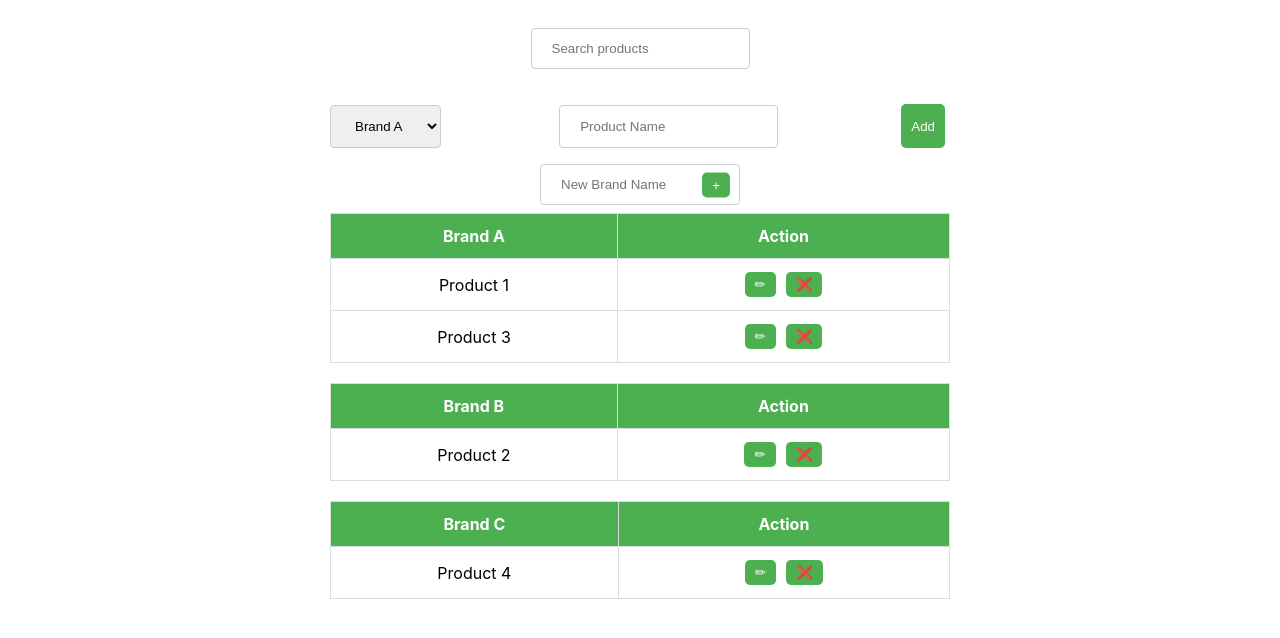
Repository: sunilkc-7/product-manager-app
Page: /
These files come from the project's save history. The page is drawn as it stood at one moment and after the next save; the edit follows.
The browser window is 1280 px wide. The pictures show the whole page.
The project was rebuilt for these pictures with package versions that can differ from the ones it lists, and the page was loaded fresh each time.

Above is the page before, as saved 2023-08-01 13:05:34.

### src/App.js
import React, { useState } from "react";
import "./App.css";
import data from "./data/data.json";

function App() {
  const [products, setProducts] = useState(
    data.map((p) => ({ ...p, isEditing: false }))
  );
  const [productName, setProductName] = useState("");
  const [search, setSearch] = useState("");
  const [newBrandName, setNewBrandName] = useState("");
  const [currentBrand, setCurrentBrand] = useState("");
  const [editedName, setEditedName] = useState("");

  const addProduct = () => {
    setProducts([
      ...products,
      { brand: currentBrand, name: productName, isEditing: false },
    ]);
    setProductName("");
  };

  const deleteProduct = (productToDelete) => {
    setProducts(products.filter((product) => product !== productToDelete));
  };

  const editProduct = (productToEdit) => {
    setProducts(
      products.map((product) =>
        product === productToEdit ? { ...product, isEditing: true } : product
      )
    );
    setEditedName(productToEdit.name);
  };

  const updateProduct = (productToUpdate) => {
    setProducts(
      products.map((product) =>
        product === productToUpdate
          ? { ...product, name: editedName, isEditing: false }
          : product
      )
    );
  };

  const addBrandName = () => {
    setProducts([
      ...products,
      { brand: newBrandName, name: "", isEditing: false },
    ]);
    setNewBrandName("");
  };

  const brandNames = Array.from(new Set(products.map((p) => p.brand)));

  const filteredProducts = products.filter((product) =>
    product.name.toLowerCase().includes(search.toLowerCase())
  );

  return (
    <div className="App">
      <input
        className="inputSearch"
        type="text"
        value={search}
        onChange={(e) => setSearch(e.target.value)}
        placeholder="Search products"
      />
      <br />

      <div className="select-container">
        <select
          style={{ maxHeight: "100px", overflow: "auto" }}
          onChange={(e) => setCurrentBrand(e.target.value)}
        >
          {brandNames.map((brandName, index) => (
            <option key={index} value={brandName}>
              {brandName}
            </option>
          ))}
        </select>
        <input
          type="text"
          placeholder="Product Name"
          value={productName}
          onChange={(e) => setProductName(e.target.value)}
        />
        <button className="buttonContainer" onClick={addProduct}>
          Add
        </button>
      </div>
      <div className="inputContainer">
        <input
          className="inputWithButton"
          type="text"
          placeholder="New Brand Name"
          value={newBrandName}
          onChange={(e) => setNewBrandName(e.target.value)}
        />
        <button className="insideButton" onClick={addBrandName}>
          +
        </button>
      </div>

      {brandNames.map((brandName, index) => (
        <table key={index}>
          <thead>
            <tr>
              <th>{brandName}</th>
              <th>Action</th>
            </tr>
          </thead>
          <tbody>
            {filteredProducts
              .filter((p) => p.brand === brandName)
              .sort((a, b) => a.name.localeCompare(b.name))
              .map((product, i) => (
                <tr key={i}>
                  <td>
                    {product.isEditing ? (
                      <input
                        value={editedName}
                        onChange={(e) => setEditedName(e.target.value)}
                      />
                    ) : (
                      product.name
                    )}
                  </td>
                  <td>
                    {product.isEditing ? (
                      <button onClick={() => updateProduct(product)}>
                        Save
                      </button>
                    ) : (
                      <button onClick={() => editProduct(product)}>✏</button>
                    )}
                    <button onClick={() => deleteProduct(product)}>❌</button>
                  </td>
                </tr>
              ))}
          </tbody>
        </table>
      ))}
    </div>
  );
}

export default App;

### src/App.css
.App {
  display: flex;
  flex-direction: column;
  align-items: center;
  padding: 20px;
}

table {
  width: 50%;
  border-collapse: collapse;
  border-spacing: 10px;
  margin-bottom: 20px;
}

th,
td {
  border: 1px solid #ddd;
  padding: 8px;
  text-align: center;
}

th {
  padding-top: 12px;
  padding-bottom: 12px;
  background-color: #4caf50;
  color: white;
}

button {
  margin: 5px;
  padding: 5px 10px;
  border: none;
  border-radius: 5px;
  background-color: #4caf50;
  color: white;
  cursor: pointer;
}

button:hover {
  background-color: #45a049;
}

input[type="text"],
select {
  /* width: 100%; */
  padding: 12px 20px;
  margin: 8px 0;
  display: inline-block;
  border: 1px solid #ccc;
  border-radius: 4px;
  box-sizing: border-box;
}

.inputSearch {
  width: auto !important;
}

.inputContainer {
  position: relative;
  width: 200px;
}

.inputWithButton {
  width: 100%;
}

.insideButton {
  position: absolute;
  top: 50%;
  right: 10px;
  transform: translateY(-50%);
  cursor: pointer;
  margin: auto !important;
}

.select-container {
  width: 50%;
  display: flex;
  justify-content: space-between;
}
.buttonContainer {
  width: auto;
  height: 44px;
  margin-top: 7px;
}

### src/data/data.json
[
  { "brand": "Brand A", "name": "Product 1" },
  { "brand": "Brand B", "name": "Product 2" },
  { "brand": "Brand A", "name": "Product 3" },
  { "brand": "Brand C", "name": "Product 4" }
]

Loaded but not shown: public/index.html (common file); src/index.js (common file); src/index.css (common file); src/reportWebVitals.js (common file)

After the next save:
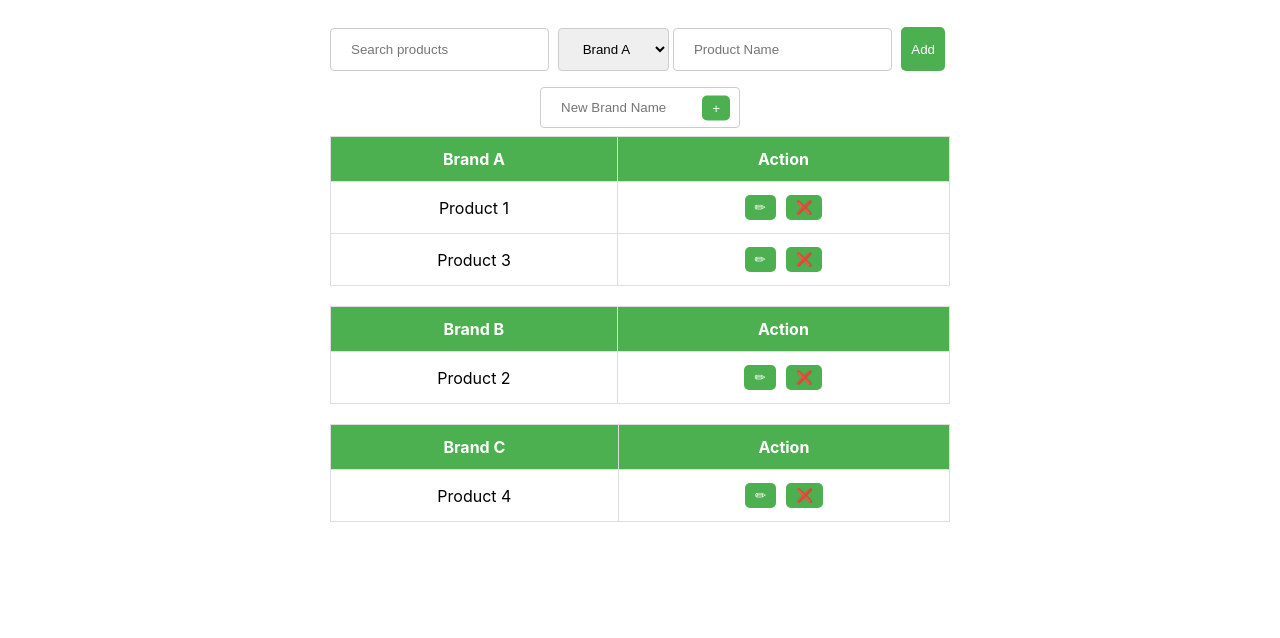
Saved 8 min 9 s later.
--- a/src/App.js
+++ b/src/App.js
@@ -59,16 +59,15 @@
 
   return (
     <div className="App">
-      <input
-        className="inputSearch"
-        type="text"
-        value={search}
-        onChange={(e) => setSearch(e.target.value)}
-        placeholder="Search products"
-      />
-      <br />
-
       <div className="select-container">
+        <input
+          className="inputSearch"
+          type="text"
+          value={search}
+          onChange={(e) => setSearch(e.target.value)}
+          placeholder="Search products"
+        />
+        <br />
         <select
           style={{ maxHeight: "100px", overflow: "auto" }}
           onChange={(e) => setCurrentBrand(e.target.value)}
